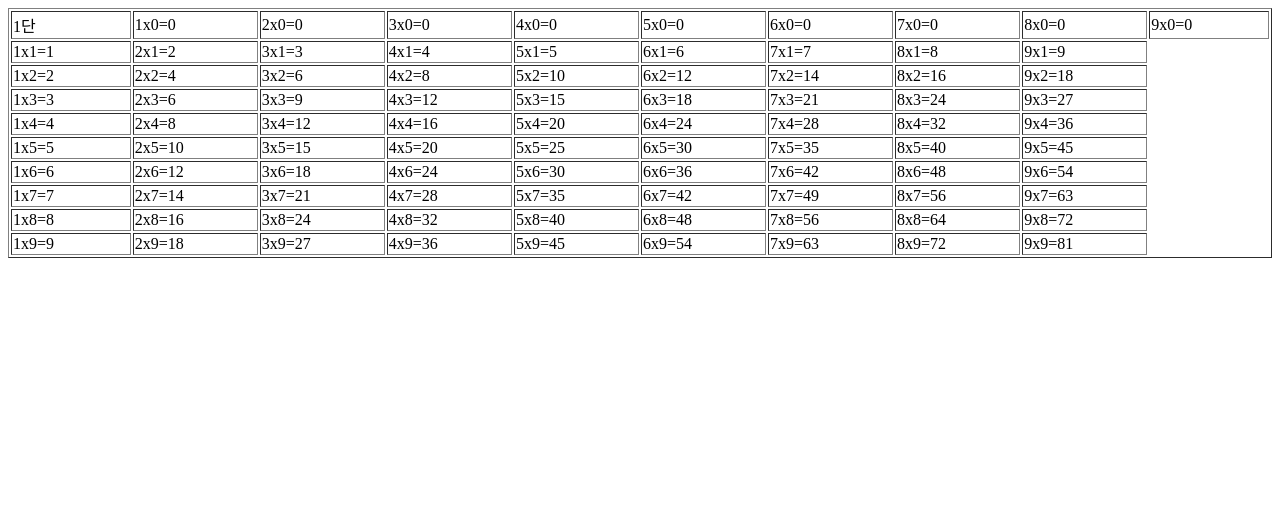
Repository: JeongDaejin/JSP-
Page: http://localhost/ServletTest/expressionTest.jsp
The author's editor kept a copy of each file at every save. The page is drawn from the files as they stood at one save, then again after the next save.
The browser window is 1280 px wide. The pictures show the whole page.
The page is served by Tomcat 9.

Above is the page before, as saved 2023-02-01 05:46:48.

After the next save:
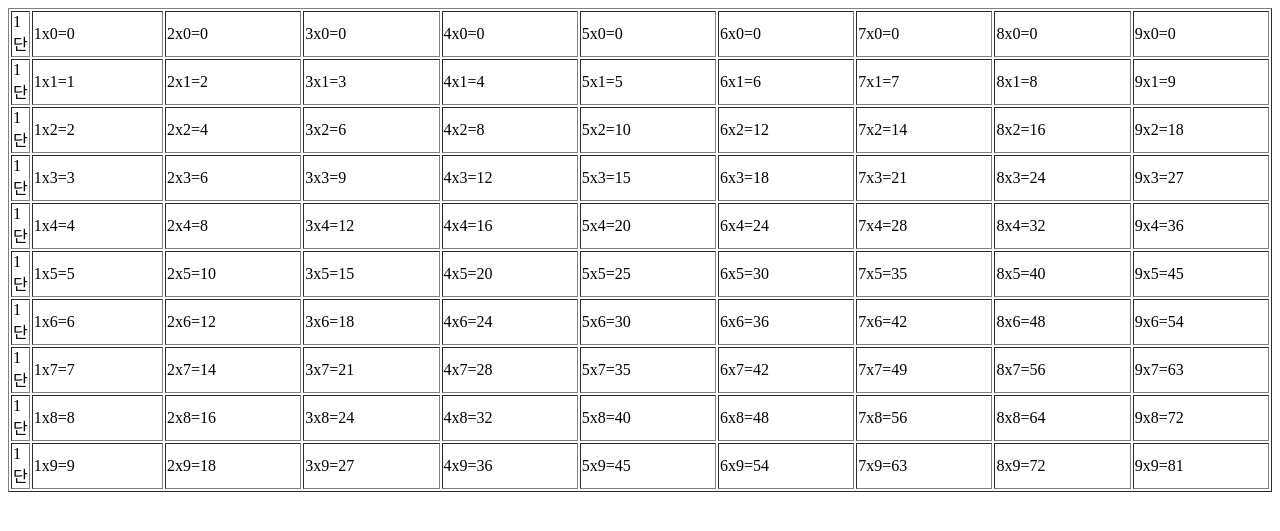
Saved 16 s later.
--- a/JSPExam2/ServletTest/src/main/webapp/expressionTest.jsp
+++ b/JSPExam2/ServletTest/src/main/webapp/expressionTest.jsp
@@ -23,7 +23,7 @@
 	<% for(int j=1; j<10; j++){
 
 		%>
-		<% if(i==0 && j==1){%>
+		<% if(j==1){%>
 			<td><%=j %>단</td>
 			<% }%>
 		<td style="width: 200pt;"><%=j %>x<%=i %>=<%=i*j %></td>

After the save that followed:
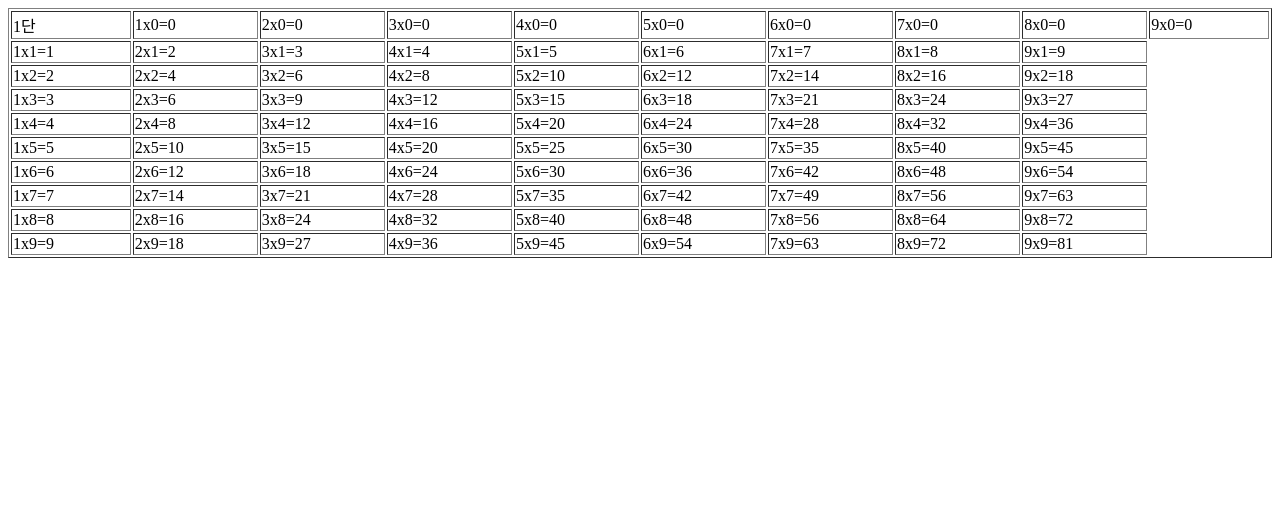
Saved 22 s later.
--- a/JSPExam2/ServletTest/src/main/webapp/expressionTest.jsp
+++ b/JSPExam2/ServletTest/src/main/webapp/expressionTest.jsp
@@ -23,7 +23,7 @@
 	<% for(int j=1; j<10; j++){
 
 		%>
-		<% if(j==1){%>
+		<% if(i==0 && j==1){%>
 			<td><%=j %>단</td>
 			<% }%>
 		<td style="width: 200pt;"><%=j %>x<%=i %>=<%=i*j %></td>
